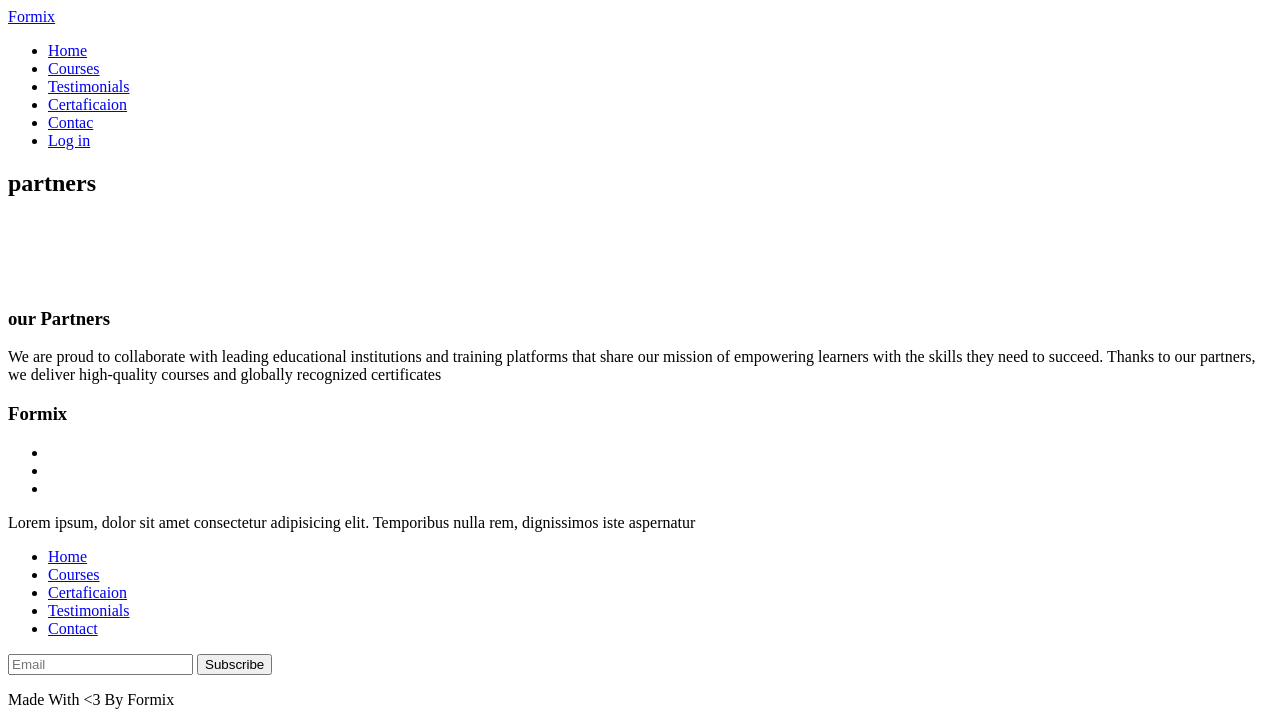
Repository: hiba2337/Fromix
Page: index.html
These files come from the project's save history. The page is drawn as it stood at one moment and after the next save; the edit follows.
The browser window is 1280 px wide. The pictures show the whole page.
Some icons come from a web library that is not loaded, so they are not drawn.

Above is the page before, as saved 2025-10-27 17:41:12.

### index.html
<!DOCTYPE html>
<html lang="fr">
<head>
    <meta charset="UTF-8">
    <meta name="viewport" content="width=device-width, initial-scale=1.0">
     <!-- font awsome -->
    <script src="https://k it.fontawesome.com/f14d152ebc.js" crossorigin="anonymous"></script>
  <!-- google font -->
      <link rel="preconnect" href="https://fonts.googleapis.com">
      <!-- font family -->
<link href="https://fonts.googleapis.com/css2?family=Cairo:wght@200..1000&family=Open+Sans:ital,wght@0,300..800;1,300..800&family=Work+Sans:ital,wght@0,100..900;1,100..900&display=swap" rel="stylesheet">
    <title>Fromix</title>
    <style>
        img{
            max-width: 100%;
            width: 300px;
        }
    </style>
</head>
<body>
    <div class="header">
    <div class="container">
   <a href="#" class="logo">Formix</a>

        <ul class="links">
        <li><a href="#article">Home</a></li>
          <li><a href="#coures">Courses</a></li>
          <li><a href="#testimonilas">Testimonials</a></li>
          <li><a href="#certaficaion">Certaficaion</a></li>
          <li><a href="#contact">Contac</a></li>
          <li><a href="login.html">Log in</a></li>
        </ul>
    </div>
   </div>
   <!-- <div class="landing">

      <div class="text">
        <h1>Upgrade Your Skills. Achieve Your Goals. </h1>
     <p>Discover thousands of high-quality courses designed by industry professionals.
        Learn at your own pace, gain in-demand skills, and advance your career from anywhere in the world</p>
      </div>
    <div class="image">
  <div class="img1">
    <img src="image/young-english-teacher-doing-her-class-online.jpg" alt="">
  </div>
  <div class="img2">
    <img src="image/student-online-cute-girl-glasses-sweater-studying-computer-writing-down-notes.jpg" alt="">
    <img src="image/coworkers-team-working-brainstorming-concept.jpg" alt="">
    <img src="image/pexels-karola-g-6958504.jpg" alt="">
  </div>
  <div class="img3">
    <img src="image/graduation-diploma-certificate-graduation-hat.jpg" alt="">
    <img src="image/man-with-thumb-up-notebook.jpg" alt="">
  </div>
    </div>
    <button>
        <a href="login.html">Explor Courses</a>
    </button>
    </div> -->

   <!-- <div id="coures" class="courses">
       <div class="main-title">
           <h2>Web Development Fundamentals</h2>
           <p>Explore our top courses and enhance your professional skills.</p>
       </div>
    <div class="container">
<div class="box">
    <div class="image">
        <img src="image/nathan-da-silva-k-rKfqSm4L4-unsplash.jpg" alt="">
    </div>
    <div class="content">
        <h3  class="title">course title</h3>
        <p>Learn the core languages of the web — HTML, CSS, and JavaScript — and build your first responsive website
          step by step. Gain a solid foundation to start your front-end development journey.</p>
        <div class="level">
          <h4> Level:  </h4>


          <span class="level-cours"> Beginner</span>
        </div>
        <div class="duration">
          <h1>Duration</h1>
          <span class="duration-courses">3 monts</span>

        </div>
    </div>
</div>
<div class="box">
    <div class="image">
        <img src="image/3d-rendering-biorobots-concept.jpg" alt="">
    </div>
    <div class="content">
        <h3  class="title">Introduction to Artificial Intelligence</h3>
        <p>Explore how machines learn, think, and make decisions using real-world AI models. Perfect for curious learners who want to understand the future of technology.
          </p>
        <div class="level">
          <h4> Level:  </h4>


          <span class="level-cours"> Intermediate</span>
        </div>
        <div class="duration">
          <h1>Duration</h1>
          <span class="duration-courses">8 Weeks</span>

        </div>
    </div>
</div>
<div class="box">
    <div class="image">
        <img src="image/still-life-fashion-designer-s-office.jpg" alt="">
    </div>
    <div class="content">
        <h3  class="title">Graphic Design Essentials</h3>
        <p>Develop your creativity and learn to design with Photoshop and Illustrator. Understand layout, color theory, and visual balance to create stunning visuals and branding materials.</p>
        <div class="level">
          <h4> Level:  </h4>
          <span class="level-cours"> Beginner</span>
        </div>
        <div class="duration">
          <h1>Duration</h1>
          <span class="duration-courses">5 Weeks</span>

        </div>
    </div>
</div>
<div class="box">
    <div class="image">
        <img src="image/management-coaching-business-dealing-mentor-concept.jpg" alt="">
    </div>
    <div class="content">
        <h3  class="title">Digital Marketing Strategy</h3>
        <p>Discover how to promote brands effectively using SEO, content marketing, and social media. Learn to analyze results and create impactful online campaigns.

        </p>
        <div class="level">
          <h4> Level:  </h4>
          <span class="level-cours">All Levels</span>
        </div>
        <div class="duration">
          <h1>Duration</h1>
          <span class="duration-courses">6 Weeks</span>

        </div>
    </div>
</div>
<div class="box">
    <div class="image">
        <img src="image/senior-business-man-giving-lecture.jpg" alt="">
    </div>
    <div class="content">
        <h3  class="title">Public Speaking and Communication Skills</h3>
        <p> Overcome stage fear and improve your verbal and non-verbal communication. This course helps you speak confidently in meetings, interviews, and presentations.
        </p>
        <div class="level">
          <h4> Level:  </h4>
          <span class="level-cours">All Levels</span>
        </div>
        <div class="duration">
          <h1>Duration</h1>
          <span class="duration-courses">4 Weeks</span>

        </div>
    </div>
</div>
<div class="box">
    <div class="image">
        <img src="image/mid-adult-manager-holding-business-presentation-looking-camera-while-standing-front-whiteboard.jpg" alt="">
    </div>
    <div class="content">
        <h3  class="title">Project Management Professional (PMP) Prep</h3>
        <p>Master the essential tools, methods, and frameworks for leading successful projects. Ideal for professionals preparing for the PMP certification exam.

        </p>
        <div class="level">
          <h4> Level:  </h4>
          <span class="level-cours">Advanced</span>
        </div>
        <div class="duration">
          <h1>Duration</h1>
          <span class="duration-courses">8 Weeks</span>

        </div>
    </div>
</div>
<div class="box">
    <div class="image">
        <img src="image/start-up-business-goals-strategy.jpg" alt="">
    </div>
    <div class="content">
        <h3  class="title">Entrepreneurship & Business Innovation</h3>
        <p>Turn your ideas into reality by learning the fundamentals of startup creation and innovation. Gain insights into business strategy, funding, and product design.

        </p>
        <div class="level">
          <h4> Level:  </h4>
          <span class="level-cours">Intermediate</span>
        </div>
        <div class="duration">
          <h1>Duration</h1>
          <span class="duration-courses">7 Weeks</span>

        </div>
    </div>
</div>
<div class="box">
    <div class="image">
        <img src="image/improvement-potential-excellence-diagram-graphic-concept.jpg" alt="">
    </div>
    <div class="content">
        <h3  class="title">Personal Development and Productivity</h3>
        <p>Learn how to manage your time, stay focused, and achieve your goals efficiently. Discover practical tools for building lasting habits and personal growth.
          </p>
        <div class="level">
          <h4> Level:  </h4>
          <span class="level-cours">All Levels</span>
        </div>
        <div class="duration">
          <h1>Duration</h1>
          <span class="duration-courses">4 Weeks</span>

        </div>
    </div>
</div>

    </div>
   </div> -->

<!-- <div class="Cert" id="certaficaion">
    <div class="main-title">
        <h2>Certifications</h2>
        <p>Explore the certifications you can earn after completing our training programs</p>
    </div>
    <div class="container">

        <div class="box">
<div class="logo-cert"></div>
<div class="title">

    <span>PORFESSIONAL CERTAFICATION</span>
    <h3> Cybersecurity Fundamentals</h3>
</div>
<div class="details">
    <span>Issued by</span>
    <h4>Cisco Networking Academy</h4>
    <p class="desc">
           Understand the basics of network protection, data privacy, and digital security.
         </p>
</div>
<div class="date">
    <span>Issued 25 October, 2025</span>

</div>
        </div>
        <div class="box">
<div class="logo-cert"></div>
<div class="title">

    <span>PORFESSIONAL CERTAFICATION</span>
    <h3>Web Development </h3>
</div>
<div class="details">
    <span>Issued by</span>
    <h4>Elzero Academy</h4>
    <p class="desc">
         Learn HTML, CSS, and JavaScript with practical projects to build your first websites.
         </p>
</div>
<div class="date">
    <span>Issued 10 Novmber, 2025</span>

</div>
        </div>
        <div class="box">
<div class="logo-cert"></div>
<div class="title">

    <span>PORFESSIONAL CERTAFICATION</span>
    <h3> Graphic Design</h3>
</div>
<div class="details">
    <span>Issued by</span>
    <h4>École des Beaux-Arts de Paris</h4>
    <p class="desc">
Learn how to create professional visuals using Adobe Photoshop and Illustrator, and master the principles of modern design.
         </p>
</div>
<div class="date">
    <span>Issued 16 December, 2025</span>

</div>
        </div>
        <div class="box">
<div class="logo-cert"></div>
<div class="title">

    <span>PORFESSIONAL CERTAFICATION</span>
    <h3>Communication and Leadership</h3>
</div>
<div class="details">
    <span>Issued by</span>
    <h4>European Leadership Institute</h4>
    <p class="desc">
Develop your interpersonal communication, team management, and public speaking skills to become an effective leader.
         </p>
</div>
<div class="date">
    <span>Issued 5 April, 2025</span>

</div>
        </div>



    </div>
    <button>
        <a href="login.html">View All Certafication</a>
    </button>
</div> -->
 <!-- <div class="testimonilas" id="testimonilas">
    <h2 class="main-title">Testimonials</h2>
    <div class="container">
<div class="box">
  <img src="" alt="">
  <h3>Hiba kherroubi</h3>

  <div class="stars">
    <i class="filled fas fa-star"></i>
    <i class="filled fas fa-star"></i>
    <i class="filled fas fa-star"></i>
    <i class="filled fas fa-star"></i>
     <i class="far fa-star"></i>
  </div>
  <p>Lorem ipsum dolor sit amet consectetur adipisicing elit.
     Maiores et reiciendis voluptatum, amet est natus quaerat ducimus</p>

    </div>
<div class="box">
  <img src="" alt="">
  <h3>Mohamed Ibrahim</h3>
  <span class="titel">Full Stack Developer</span>
  <div class="stars">
     <i class="filled fas fa-star"></i>
    <i class="filled fas fa-star"></i>
    <i class="filled fas fa-star"></i>
    <i class="filled fas fa-star"></i>
     <i class="far fa-star"></i>
  </div>
  <p>Lorem ipsum dolor sit amet consectetur adipisicing elit.
     Maiores et reiciendis voluptatum, amet est natus quaerat ducimus</p>

    </div>
<div class="box">
  <img src="" alt="">
  <h3>Shady Nabil</h3>
  <span class="titel">Full Stack Developer</span>
  <div class="stars">
   <i class="filled fas fa-star"></i>
    <i class="filled fas fa-star"></i>
    <i class="filled fas fa-star"></i>
    <i class="filled fas fa-star"></i>
     <i class="far fa-star"></i>
  </div>
  <p>Lorem ipsum dolor sit amet consectetur adipisicing elit.
     Maiores et reiciendis voluptatum, amet est natus quaerat ducimus</p>

    </div>
<div class="box">
  <img src="" alt="">
  <h3>Amr Hendawy</h3>
  <span class="titel">Full Stack Developer</span>
  <div class="stars">
    <i class="filled fas fa-star"></i>
    <i class="filled fas fa-star"></i>
    <i class="filled fas fa-star"></i>
    <i class="filled fas fa-star"></i>
    <i class="filled fas fa-star"></i>
  </div>
  <p>Lorem ipsum dolor sit amet consectetur adipisicing elit.
     Maiores et reiciendis voluptatum, amet est natus quaerat ducimus</p>

    </div>
<div class="box">
  <img src="" alt="">
  <h3>Sherief Ashraf</h3>
  <span class="titel">Full Stack Developer</span>
  <div class="stars">
    <i class="filled fas fa-star"></i>
    <i class="filled fas fa-star"></i>
    <i class="filled fas fa-star"></i>
     <i class="far fa-star"></i>
     <i class="far fa-star"></i>
  </div>
  <p>Lorem ipsum dolor sit amet consectetur adipisicing elit.
     Maiores et reiciendis voluptatum, amet est natus quaerat ducimus</p>

    </div>
<div class="box">
  <img src="" alt="">
  <h3>Osama Mohamed</h3>
  <span class="titel">Full Stack Developer</span>
  <div class="stars">
    <i class="filled fas fa-star"></i>
    <i class="filled fas fa-star"></i>
    <i class="filled fas fa-star"></i>
     <i class="far fa-star"></i>
     <i class="far fa-star"></i>
  </div>
  <p>Lorem ipsum dolor sit amet consectetur adipisicing elit.
     Maiores et reiciendis voluptatum, amet est natus quaerat ducimus</p>

    </div>
    </div>
   </div> -->

<!-- <div class="contact" id="contact">
    <div class="image">
        <div class="img">
            <img src="image/5124556.jpg" alt="">
        </div>
        <div class="text">
       <h3>Formix</h3>
       <p>Need help choosing the right course or facing a technical issue? Our support team is here for you 24/7.</p>
        </div>
       <ul class="social">
            <li>
              <a href="#" class="facebook">
                <i class="fab fa-facebook-f"></i>
              </a>
            </li>
            <li>
              <a href="#" class="twitter">
                <i class="fab fa-twitter"></i>
              </a>
            </li>
            <li>
              <a href="#" class="instagram">
            <i class="fa-brands fa-instagram"></i>
              </a>
            </li>

          </ul>
    </div>

    <div class="request">
        <div class="content">

          <h2>Get IN TOUCH</h2>
          <p>24/7 will answer your questions and problems</p>
          <form action="">

            <input type="text" placeholder="Name">
            <input type="text" placeholder="Last Name">
            <input type="email" placeholder="  Email">
            <input type="text" placeholder=" Phone">
             <textarea class="input" placeholder="Descirbe Your issue..." name="message"></textarea>
                <input type="submit" value="Send" />
          </form>
        </div>
      </div>
</div> -->
  <div class="partners" >
    <div class="title">
        <h2>partners</h2>
    </div>
    <div class="container">

      <div class="content">

          <div class="logo-part">
           <div class="partner">
               <img src="" alt="">
           </div>
           <div class="partner">
               <img src="" alt="">
           </div>
           <div class="partner">
               <img src="" alt="">
           </div>
           <div class="partner">
               <img src="" alt="">
           </div>

          </div>
          <div class="info">
              <h3>
                  our Partners
              </h3>
              <p>We are proud to collaborate with leading educational
   institutions and training platforms that share our
   mission of empowering learners with the skills they
   need to succeed. Thanks to our partners, we deliver
   high-quality courses and globally recognized
   certificates</p>

          </div>
      </div>
    </div>
  </div>
  <footer>
    <div class="container">
        <div class="box">

          <h3>Formix</h3>
             <ul class="social">
            <li>
              <a href="#" class="facebook">
                <i class="fab fa-facebook-f"></i>
              </a>
            </li>
            <li>
              <a href="#" class="twitter">
                <i class="fab fa-twitter"></i>
              </a>
            </li>
            <li>
              <a href="#" class="youtube">
                <i class="fab fa-youtube"></i>
              </a>
            </li>
          </ul>
          <p class="text">
            Lorem ipsum, dolor sit amet consectetur adipisicing elit. Temporibus nulla rem, dignissimos iste aspernatur
          </p>
        </div>
    </div>
    <div class="box">
          <ul class="link3">
            <li><a href="#">Home</a></li>
            <li><a href="#">Courses</a></li>
            <li><a href="#">Certaficaion</a></li>
            <li><a href="#">Testimonials</a></li>
            <li><a href="#">Contact</a></li>
          </ul>
        </div>
        <div class="sub">
<input type="email" name="email" id="email" placeholder="Email">
<input type="submit" name="Subscribe" id="Subscribe" value="Subscribe">
        </div>
          <p class="copyright">Made With &lt;3 By Formix</p>
  </footer>
</body>
</html>

After the next save:
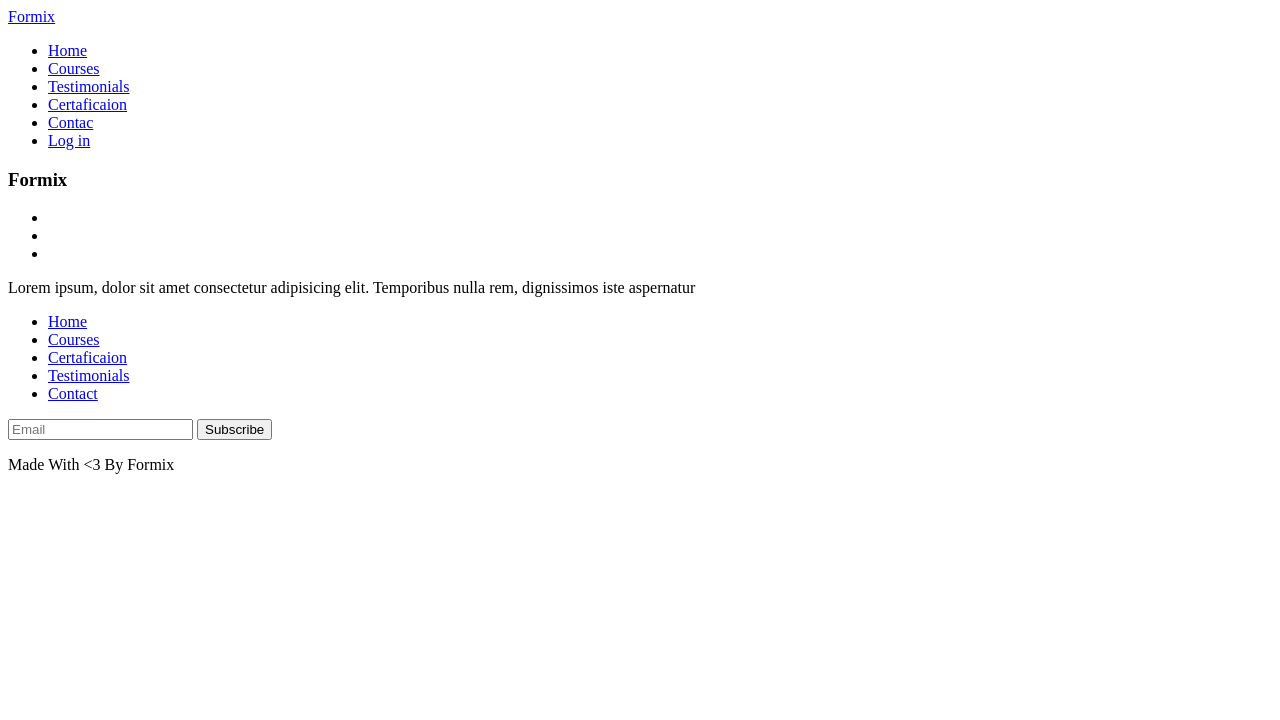
Saved 14 s later.
--- a/index.html
+++ b/index.html
@@ -459,7 +459,7 @@
         </div>
       </div>
 </div> -->
-  <div class="partners" >
+  <!-- <div class="partners" >
     <div class="title">
         <h2>partners</h2>
     </div>
@@ -496,7 +496,7 @@
           </div>
       </div>
     </div>
-  </div>
+  </div>  -->
   <footer>
     <div class="container">
         <div class="box">
